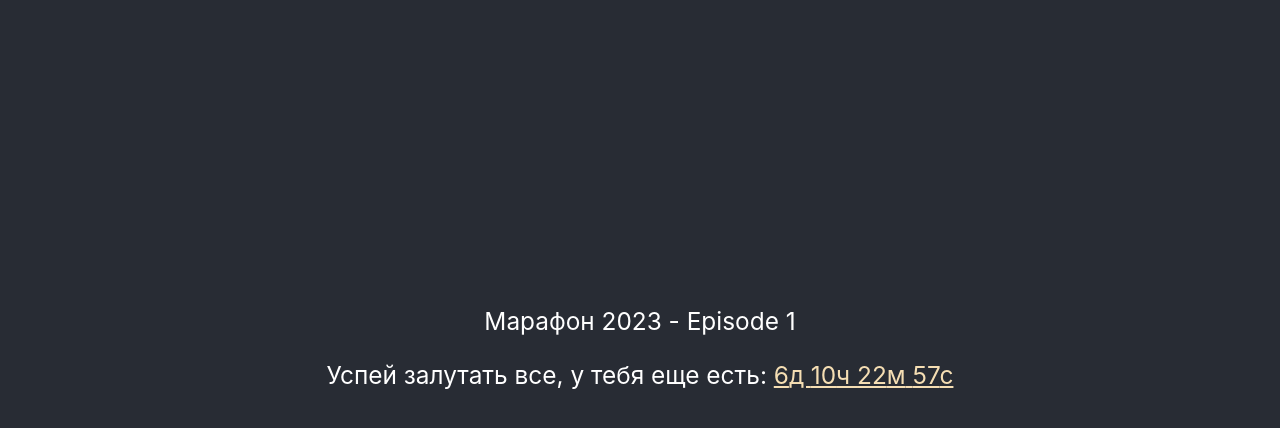
Repository: bandikost/capers
Page: /main
These files come from the project's save history. The page is drawn as it stood at one moment and after the next save; the edit follows.
The browser window is 1280 px wide. The pictures show the whole page.
The page's requests for data from a server got no answer. The project was rebuilt for these pictures with package versions that can differ from the ones it lists, and the page was loaded fresh each time. No one was signed in, and anything a server would have sent is missing.

Above is the page before, as saved 2023-04-10 15:27:51.

### src/App.js
import logo from './logo.svg';
import './App.css';
import { BrowserRouter, Routes, Route } from "react-router-dom";
import Main from './components/Main';


function App() {
  return (
    <div className="App">
      <header className="App-header">
      <BrowserRouter >
        <Routes>
            <Route path='/main' element={<Main />}/>

        </Routes>
      </BrowserRouter>
      </header>
    </div>
  );
}

export default App;

### src/App.css
.App {
  text-align: center;
}

.App-logo {
  height: 40vmin;
  pointer-events: none;
}


.App-header {
  background-color: #282c34;
  min-height: 100vh;
  display: flex;
  flex-direction: column;
  align-items: center;
  justify-content: center;
  font-size: calc(10px + 2vmin);
  color: white;
}

.App-link {
  color: #61dafb;
}


.table {
  height: auto;
  margin: 0 auto 0;
}

.cell {
  border: 1px solid white;
  border-radius: 10px;
  width: 300px;
  margin: 50px 0px;
  display: flex;
  justify-content: space-between;
}

.cell p {
  padding: 0 20px;
}

.button {
  display: block;
  width: 120px;
  position: relative;
  z-index: 10;
  left: -140%;
  margin-top: -60px;
  height: 50px;
  opacity: 0;
}

.container {
  display: flex;
    margin: 0 auto 0;
    flex-direction: column;
}

### src/components/Main.jsx
import React, { useState, useEffect } from "react";
import firebase from "../firebase";

export const Main = () => {
  const [name, setName] = useState({});
  const [balance, setbalance] = useState({});
  const [editingUser, setEditingUser] = useState(null);
  const [targetDate, setTargetDate] = useState(new Date("2023-04-16T21:00:00.000Z"));
  const [timeRemaining, setTimeRemaining] = useState({});

  useEffect(() => {
    const balanceRef = firebase.database().ref("balance");
    balanceRef.on("value", (snapshot) => {
      const data = snapshot.val();
      setbalance(data);
    });
  }, []);

  useEffect(() => {
    const nameRef = firebase.database().ref("name");
    nameRef.on("value", (snapshot) => {
      const data = snapshot.val();
      setName(data);
    });
  }, []);

  useEffect(() => {
    const timer = setInterval(() => {
      setTimeRemaining(calculateTimeRemaining(targetDate));
    }, 1000);
    return () => clearInterval(timer);
  }, [targetDate]);

  function calculateTimeRemaining(targetDate) {
    const difference = +targetDate - +new Date();
    const timeRemaining = {};

    if (difference > 0) {
      timeRemaining.days = Math.floor(difference / (1000 * 60 * 60 * 24));
      timeRemaining.hours = Math.floor((difference / (1000 * 60 * 60)) % 24);
      timeRemaining.minutes = Math.floor((difference / 1000 / 60) % 60);
      timeRemaining.seconds = Math.floor((difference / 1000) % 60);
    } else {
      timeRemaining.days = 0;
      timeRemaining.hours = 0;
      timeRemaining.minutes = 0;
      timeRemaining.seconds = 0;
    }

    return timeRemaining;
  }

  const handleEditClick = (user) => {
    setEditingUser(user);
  };

  const handleSaveClick = () => {
    setEditingUser(null);
  };

  const sortedBalances = Object.entries(balance).sort((a, b) => b[1] - a[1]);

  return (
    <div className="container">
      Марафон 2023 - Episode 1
      <p>
       Успей залутать все, у тебя еще есть: <span style={{color: "wheat", textDecoration: "underline"}}>
       {timeRemaining.days}д {timeRemaining.hours}ч {timeRemaining.minutes}м{" "}
        {timeRemaining.seconds}с
        </span>
      </p>
    <div className="table">
      {sortedBalances.map((entry) => (
        <div className="cell" key={entry[0]}>
          <p >{name[entry[0]]}</p>
          <hr />
          {editingUser === entry[0] ? (
            <div>
              <input style={{width: "150px"}}
                type="text"
                value={balance[entry[0]]}
                onChange={(e) =>
                  firebase.database().ref(`balance/${entry[0]}`).set(e.target.value)
                }
              />
              <button onClick={handleSaveClick}>сохранить</button>
            </div>
          ) : (
            <div>
              <p>{entry[1]}<span style={{marginLeft: "5px"}}>₽</span></p>
              <button onClick={() => handleEditClick(entry[0])} className="button" style={{cursor: "pointer"}}>ред.</button>
            </div>
          )}
        </div>
      ))}
    </div>
    </div>
  );
};

export default Main;

### src/firebase.js

import "firebase/database";
import firebase from "firebase/compat/app";
import "firebase/compat/database";
import { getAuth } from "firebase/auth";
import { getFirestore } from "firebase/firestore";
import { getStorage, ref } from "firebase/storage";


const firebaseConfig = {
    apiKey: "AIzaSyBp1x8lQCSbuPwbK_sXJ7eGkGpN9c7ONY8",
    authDomain: "capers-a3171.firebaseapp.com",
    databaseURL: "https://capers-a3171-default-rtdb.europe-west1.firebasedatabase.app",
    projectId: "capers-a3171",
    storageBucket: "capers-a3171.appspot.com",
    messagingSenderId: "794243042023",
    appId: "1:794243042023:web:668504b8bdcbe9b7c63042",
    measurementId: "G-7YW48MQCSP"
  };

firebase.initializeApp(firebaseConfig);

export const auth = getAuth();
export const storage = getStorage()
export const db = getFirestore();
export default firebase;

Loaded but not shown: public/index.html (common file); src/index.js (common file); src/index.css (common file); src/reportWebVitals.js (common file)

After the next save:
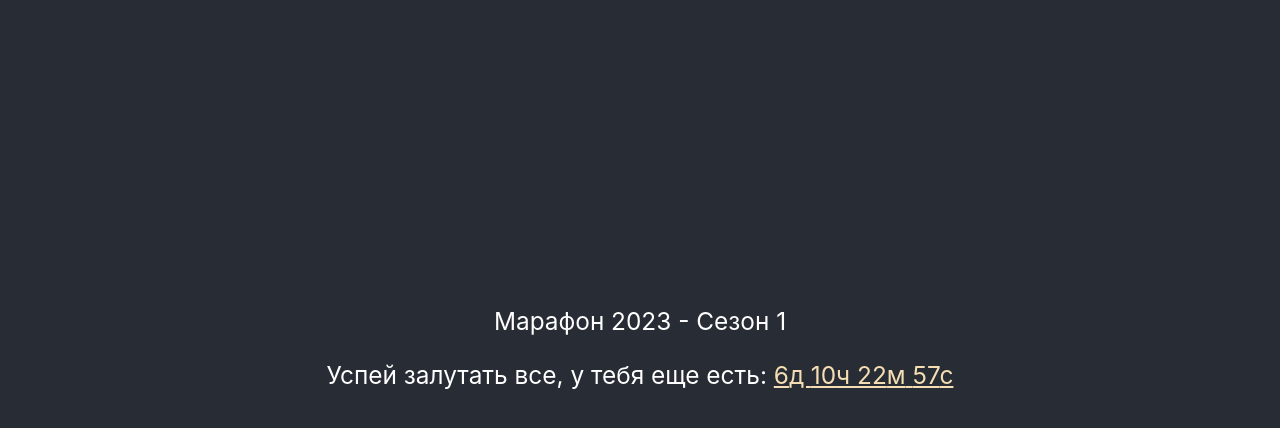
Saved 23 s later.
--- a/src/components/Main.jsx
+++ b/src/components/Main.jsx
@@ -62,7 +62,7 @@ export const Main = () => {
 
   return (
     <div className="container">
-      Марафон 2023 - Episode 1
+      Марафон 2023 - Сезон 1
       <p>
        Успей залутать все, у тебя еще есть: <span style={{color: "wheat", textDecoration: "underline"}}>
        {timeRemaining.days}д {timeRemaining.hours}ч {timeRemaining.minutes}м{" "}
